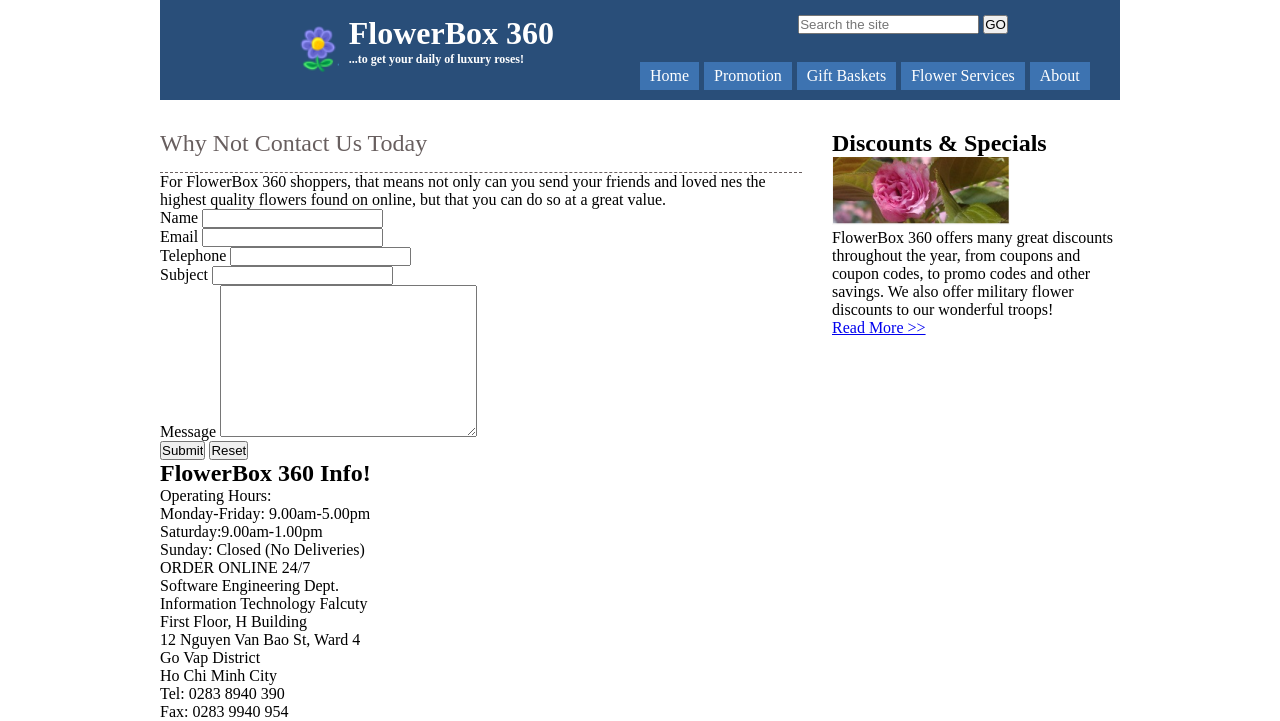
Repository: hoangnguyen1903/STT_21084321_NguyenHuyHoang_DHKHMT17B_Tuan4_DeThamKhao3
Page: html/demo.html
These files come from the project's save history. The page is drawn as it stood at one moment and after the next save; the edit follows.
The browser window is 1280 px wide. The pictures show the whole page.

Above is the page before, as saved 2023-03-09 14:49:02.

### html/demo.html
<!DOCTYPE html>
<html lang="en">
  <head>
    <meta charset="UTF-8" />
    <meta http-equiv="X-UA-Compatible" content="IE=edge" />
    <meta name="viewport" content="width=device-width, initial-scale=1.0" />
    <title>Demo 3</title>
    <style>
      * {
        padding: 0;
        box-sizing: border-box;
        margin: 0 auto;
      }

      .wrapper {
        width: 960px;
        height: 100%;
      }

      .header {
        width: 960px;
        height: 100px;
        background-color: #294e79;
        color: #fff;
        display: flex;
        position: relative;
      }

      .header > .header__left {
        display: flex;
        padding: 15px 20px;
      }

      .header > .header__left > img {
        padding-right: 10px;
      }

      .header > .header__left > div > h2 {
        font-size: 12px;
      }

      .header > .header__right {
        padding-top: 15px;
      }

      .header > .header__bottom {
        position: absolute;
        bottom: 10px;
        left: 50%;
        display: flex;
      }

      .header > .header__bottom > li {
        list-style: none;
        margin-right: 5px;
        background-color: #3d73b1;
        padding: 5px 10px;
      }

      .header > .header__bottom > li:hover {
        background-color: #fff;
      }

      .header > .header__bottom > li:hover > a {
        color: #000;
      }

      .header > .header__bottom > li > a {
        text-decoration: none;
        color: white;
      }

      .content {
        width: 960px;
        display: flex;
        margin-top: 30px;
      }

      .content > .content__left {
        width: calc(70% - 30px);
        margin-right: 30px;
      }

      .content > .content__left > .content__left-top {
        color: #685f5f;
        font-weight: 500;
        padding-bottom: 15px;
        border-bottom: 1px dashed #685f5f;
      }

      .content > .content__right {
        width: 30%;
      }
    </style>
  </head>
  <body>
    <div class="wrapper">
      <div class="header">
        <div class="header__left">
          <img src="../img/AnhLogo.PNG" alt="Logo" class="logo" />
          <div>
            <h1>FlowerBox 360</h1>
            <h2>...to get your daily of luxury roses!</h2>
          </div>
        </div>
        <ul class="header__bottom">
          <li><a href="#">Home</a></li>
          <li><a href="#">Promotion</a></li>
          <li><a href="#">Gift Baskets</a></li>
          <li><a href="#">Flower Services</a></li>
          <li><a href="#">About</a></li>
        </ul>
        <div class="header__right">
          <input
            type="text"
            name="txt"
            id="txt"
            placeholder="Search the site"
          />
          <input type="button" value="GO" />
        </div>
      </div>
      <div class="content">
        <div class="content__left">
          <h2 class="content__left-top">Why Not Contact Us Today</h2>
          <div class="content__left-bottom">
            <div class="content__left-form">
              <p>
                For FlowerBox 360 shoppers, that means not only can you send
                your friends and loved nes the highest quality flowers found on
                online, but that you can do so at a great value.
              </p>
              <form action="">
                <div>
                  <label for="name">Name</label>
                  <input type="text" name="name" id="name" />
                </div>
                <div>
                  <label for="email">Email</label>
                  <input type="email" name="email" id="email" />
                </div>
                <div>
                  <label for="telephone">Telephone</label>
                  <input type="number" name="telephone" id="telephone" />
                </div>
                <div>
                  <label for="subject">Subject</label>
                  <input type="text" name="subject" id="subject" />
                </div>
                <div>
                  <label for="message">Message</label>
                  <textarea
                    name="message"
                    id="message"
                    cols="30"
                    rows="10"
                  ></textarea>
                </div>
                <div>
                  <input type="submit" value="Submit" />
                  <input type="reset" value="Reset" />
                </div>
              </form>
            </div>
            <div class="content__left-info">
              <h2 class="content__left-heading">FlowerBox 360 Info!</h2>
              <div>
                <p>Operating Hours:</p>
                <p>Monday-Friday: 9.00am-5.00pm</p>
                <p>Saturday:9.00am-1.00pm</p>
                <p>Sunday: Closed (No Deliveries)</p>
                <p>ORDER ONLINE 24/7</p>
              </div>
              <div>
                <p>Software Engineering Dept.</p>
                <p>Information Technology Falcuty</p>
                <p>First Floor, H Building</p>
              </div>
              <div>
                <p>12 Nguyen Van Bao St, Ward 4</p>
                <p>Go Vap District</p>
                <p>Ho Chi Minh City</p>
                <p>Tel: 0283 8940 390</p>
                <p>Fax: 0283 9940 954</p>
              </div>
            </div>
          </div>
        </div>
        <div class="content__right">
          <h2 class="content__right-top">Discounts & Specials</h2>
          <div class="content__right-bottom">
            <img src="../img/flower.PNG" alt="Flower" />
            <p>
              FlowerBox 360 offers many great discounts throughout the year,
              from coupons and coupon codes, to promo codes and other savings.
              We also offer military flower discounts to our wonderful troops!
            </p>
            <a href="#">Read More >></a>
          </div>
        </div>
      </div>
      <div class="footer"></div>
    </div>
  </body>
</html>

After the next save:
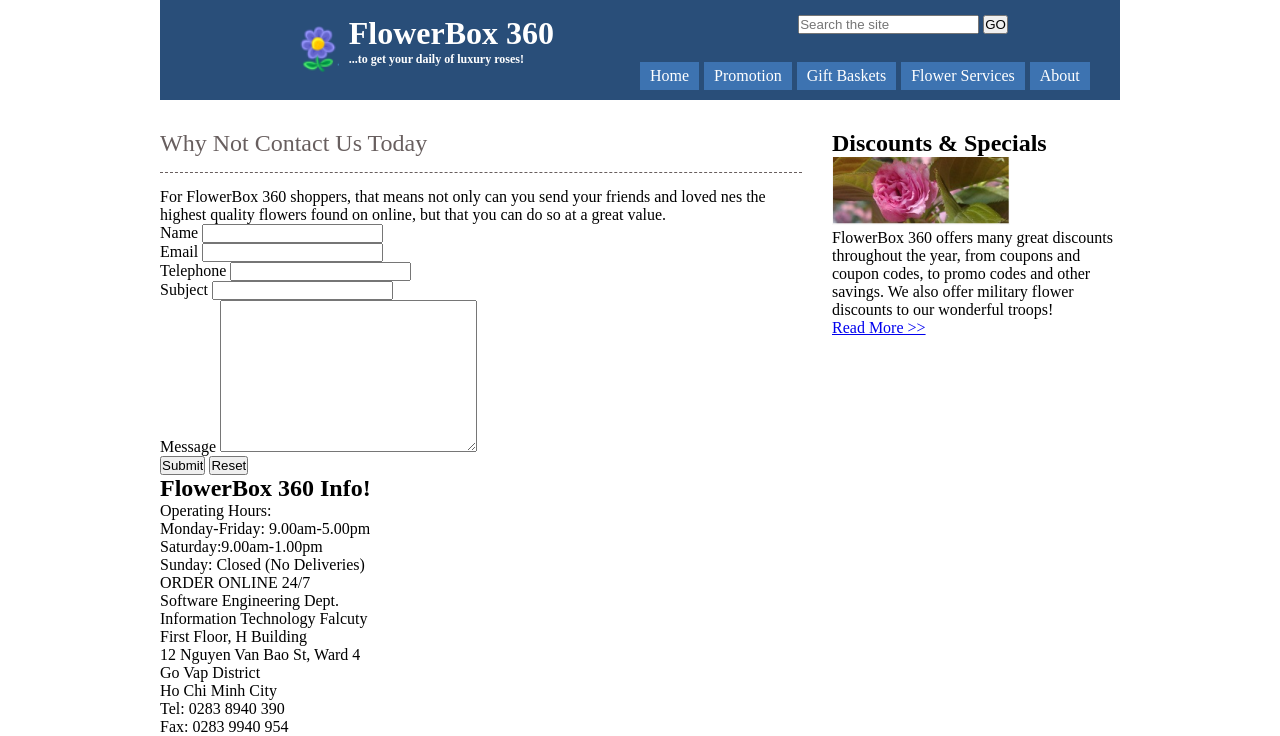
Saved 12 s later.
--- a/html/demo.html
+++ b/html/demo.html
@@ -86,6 +86,7 @@
         font-weight: 500;
         padding-bottom: 15px;
         border-bottom: 1px dashed #685f5f;
+        margin-bottom: 15px;
       }
 
       .content > .content__right {
